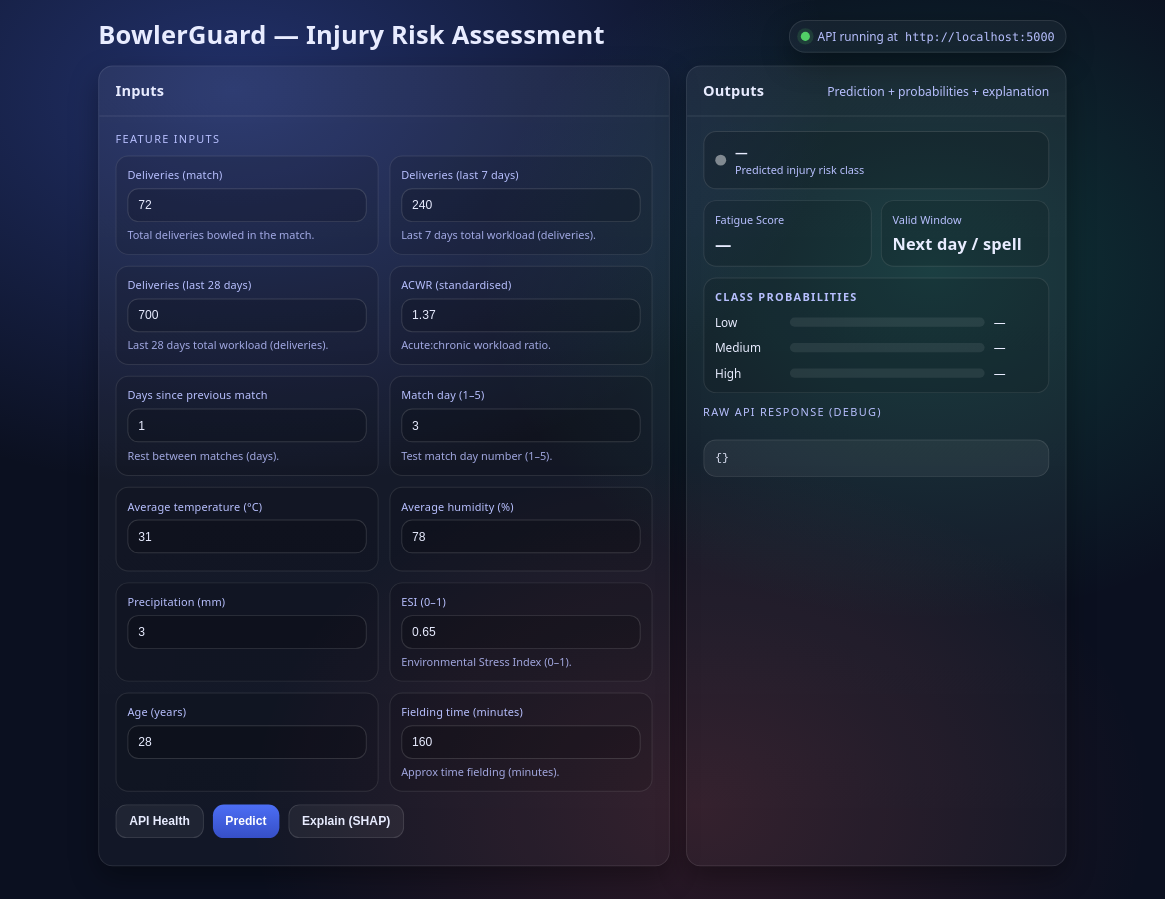
Repository: KulinduDev/bowlerguard_final
Page: bowlerguard/frontend/index.html
These files come from the project's save history. The page is drawn as it stood at one moment and after the next save; the edit follows.
The browser window is 1280 px wide. The pictures show the whole page, at 91% of full size.

Above is the page before, as saved 2026-02-23 08:59:42.

### bowlerguard/frontend/index.html
<!doctype html>
<html>
<head>
  <meta charset="utf-8"/>
  <meta name="viewport" content="width=device-width, initial-scale=1"/>
  <title>BowlerGuard</title>

  <style>
    :root{
      --bg:#0b1020;
      --card:#111a33;
      --card2:#0f1730;
      --text:#e8ecff;
      --muted:#b8c0ff;
      --line:rgba(255,255,255,.10);
      --shadow: 0 12px 30px rgba(0,0,0,.35);
      --radius:16px;

      --low:#20c997;
      --med:#f59f00;
      --high:#fa5252;
      --btn:#4c6ef5;
      --btn2:#364fc7;
    }

    *{ box-sizing:border-box; }
    body{
      margin:0;
      font-family: ui-sans-serif, system-ui, -apple-system, Segoe UI, Roboto, Helvetica, Arial;
      background: radial-gradient(1200px 800px at 20% 10%, rgba(76,110,245,.35), transparent 55%),
                  radial-gradient(900px 700px at 80% 30%, rgba(32,201,151,.20), transparent 55%),
                  radial-gradient(900px 700px at 60% 90%, rgba(250,82,82,.15), transparent 55%),
                  var(--bg);
      color:var(--text);
      min-height:100vh;
    }

    .wrap{
      max-width:1100px;
      margin:0 auto;
      padding:22px 18px 36px;
    }

    .header{
      display:flex;
      align-items:flex-start;
      justify-content:space-between;
      gap:16px;
      margin-bottom:14px;
    }

    .brand h1{
      margin:0;
      font-size:28px;
      line-height:1.1;
      letter-spacing:.2px;
    }
    .brand p{
      margin:8px 0 0;
      color:var(--muted);
      font-size:14px;
      line-height:1.4;
      max-width: 720px;
    }

    .pill{
      display:inline-flex;
      align-items:center;
      gap:8px;
      padding:8px 12px;
      border:1px solid var(--line);
      border-radius:999px;
      background:rgba(255,255,255,.04);
      box-shadow: var(--shadow);
      font-size:13px;
      color:var(--muted);
      white-space:nowrap;
    }
    .dot{
      width:10px;height:10px;border-radius:50%;
      background: #51cf66;
      box-shadow: 0 0 0 4px rgba(81,207,102,.15);
    }

    .grid{
      display:grid;
      grid-template-columns: 1.2fr .8fr;
      gap:18px;
      margin-top:14px;
    }
    @media (max-width: 980px){
      .grid{ grid-template-columns:1fr; }
      .pill{ display:none; }
    }

    .card{
      background: linear-gradient(180deg, rgba(255,255,255,.06), rgba(255,255,255,.03));
      border:1px solid var(--line);
      border-radius: var(--radius);
      box-shadow: var(--shadow);
      overflow:hidden;
    }
    .card-h{
      padding:16px 18px;
      border-bottom:1px solid var(--line);
      display:flex;
      align-items:center;
      justify-content:space-between;
      gap:12px;
    }
    .card-h h2{
      margin:0;
      font-size:16px;
      letter-spacing:.2px;
    }
    .card-h small{ color:var(--muted); }

    .card-b{ padding:16px 18px 18px; }

    .section-title{
      margin:0 0 10px;
      font-size:12px;
      color:var(--muted);
      text-transform:uppercase;
      letter-spacing:.12em;
    }


    #form{
      display:grid;
      grid-template-columns: repeat(2, minmax(0, 1fr));
      gap:12px;
    }
    @media (max-width: 720px){
      #form{ grid-template-columns:1fr; }
    }

    .row{
      padding:12px;
      border-radius:14px;
      border:1px solid rgba(255,255,255,.10);
      background: rgba(0,0,0,.12);
    }

    label{
      display:block;
      width:auto;
      font-size:12px;
      color:var(--muted);
      margin:0 0 6px;
      letter-spacing:.2px;
    }

    input{
      width:100%;
      padding:10px 11px;
      border-radius:12px;
      border:1px solid rgba(255,255,255,.14);
      background: rgba(0,0,0,.15);
      color:var(--text);
      outline:none;
    }
    input:focus{
      border-color: rgba(76,110,245,.75);
      box-shadow: 0 0 0 4px rgba(76,110,245,.18);
    }

    .hint{
      margin-top:7px;
      font-size:12px;
      color:rgba(184,192,255,.85);
      line-height:1.35;
    }

    .actions{
      display:flex;
      gap:10px;
      flex-wrap:wrap;
      margin-top:14px;
    }

    button{
      border:0;
      border-radius:12px;
      padding:10px 14px;
      font-weight:700;
      cursor:pointer;
      transition:.15s ease;
    }
    .btn-primary{
      background: linear-gradient(180deg, var(--btn), var(--btn2));
      color:white;
    }
    .btn-primary:hover{ transform: translateY(-1px); filter:brightness(1.05); }
    .btn-ghost{
      background: rgba(255,255,255,.06);
      color:var(--text);
      border:1px solid rgba(255,255,255,.12);
    }
    .btn-ghost:hover{ filter:brightness(1.08); }


    .results{
      display:flex;
      flex-direction:column;
      gap:12px;
    }
    .risk-badge{
      display:flex;
      align-items:center;
      gap:10px;
      padding:12px;
      border-radius:14px;
      border:1px solid rgba(255,255,255,.12);
      background: rgba(0,0,0,.16);
    }
    .badge-dot{
      width:12px;height:12px;border-radius:50%;
      background: rgba(255,255,255,.45);
    }
    .risk-badge.low  .badge-dot{ background: var(--low);  box-shadow:0 0 0 5px rgba(32,201,151,.16); }
    .risk-badge.med  .badge-dot{ background: var(--med);  box-shadow:0 0 0 5px rgba(245,159,0,.16); }
    .risk-badge.high .badge-dot{ background: var(--high); box-shadow:0 0 0 5px rgba(250,82,82,.16); }

    .risk-title{ font-size:14px; font-weight:800; margin:0; }
    .risk-sub{ font-size:12px; color:var(--muted); margin:2px 0 0; }

    .kpi{
      display:grid;
      grid-template-columns: 1fr 1fr;
      gap:10px;
    }
    .kpi .box{
      padding:12px;
      border-radius:14px;
      border:1px solid rgba(255,255,255,.10);
      background: rgba(0,0,0,.12);
    }
    .kpi .k{ font-size:12px; color:var(--muted); margin-bottom:6px; }
    .kpi .v{ font-size:18px; font-weight:900; letter-spacing:.2px; }

    .prob{
      border:1px solid rgba(255,255,255,.10);
      background: rgba(0,0,0,.12);
      border-radius:14px;
      padding:12px;
    }
    .prob h3{
      margin:0 0 10px;
      font-size:12px;
      color:var(--muted);
      text-transform:uppercase;
      letter-spacing:.12em;
    }
    .bar{
      display:grid;
      grid-template-columns: 72px 1fr 48px;
      gap:10px;
      align-items:center;
      margin-bottom:10px;
      font-size:13px;
    }
    .bar:last-child{ margin-bottom:0; }
    .track{
      height:10px;
      border-radius:999px;
      background: rgba(255,255,255,.08);
      overflow:hidden;
    }
    .fill{
      height:100%;
      border-radius:999px;
      width:0%;
      background: var(--btn);
    }
    .mono{
      font-family: ui-monospace, SFMono-Regular, Menlo, Monaco, Consolas, "Liberation Mono", "Courier New", monospace;
    }

    pre{
      margin:0;
      background: rgba(255,255,255,.06);
      border:1px solid rgba(255,255,255,.10);
      padding:12px;
      border-radius:14px;
      overflow:auto;
      color: rgba(232,236,255,.95);
    }

    .note{
      color:rgba(184,192,255,.75);
      font-size:12px;
      line-height:1.5;
      margin-top:12px;
    }
  </style>
</head>

<body>
  <div class="wrap">

    <div class="header">
      <div class="brand">
        <h1>BowlerGuard — Injury Risk Assessment</h1>

      </div>

      <div class="pill">
        <span class="dot"></span>
        API running at <span class="mono">http://localhost:5000</span>
      </div>
    </div>

    <div class="grid">


      <div class="card">
        <div class="card-h">
          <h2>Inputs</h2>

        </div>
        <div class="card-b">
          <p class="section-title">Feature Inputs</p>
          <div id="form"></div>

          <div class="actions">
            <button class="btn-ghost" onclick="health()">API Health</button>
            <button class="btn-primary" onclick="predict()">Predict</button>
            <button class="btn-ghost" onclick="explain()">Explain (SHAP)</button>
          </div>

          <div class="note">

          </div>
        </div>
      </div>


      <div class="card">
        <div class="card-h">
          <h2>Outputs</h2>
          <small>Prediction + probabilities + explanation</small>
        </div>

        <div class="card-b">
          <div class="results">


            <div class="risk-badge" id="riskBadge">
              <div class="badge-dot"></div>
              <div>
                <p class="risk-title" id="riskLabelText">—</p>
                <p class="risk-sub">Predicted injury risk class</p>
              </div>
            </div>

            <div class="kpi">
              <div class="box">
                <div class="k">Fatigue Score</div>
                <div class="v" id="fatigueText">—</div>
              </div>
              <div class="box">
                <div class="k">Valid Window</div>
                <div class="v">Next day / spell</div>
              </div>
            </div>

            <div class="prob">
              <h3>Class Probabilities</h3>

              <div class="bar">
                <div>Low</div>
                <div class="track"><div class="fill" id="pLow"></div></div>
                <div id="pLowTxt">—</div>
              </div>

              <div class="bar">
                <div>Medium</div>
                <div class="track"><div class="fill" id="pMed"></div></div>
                <div id="pMedTxt">—</div>
              </div>

              <div class="bar">
                <div>High</div>
                <div class="track"><div class="fill" id="pHigh"></div></div>
                <div id="pHighTxt">—</div>
              </div>
            </div>

            <!-- Raw JSON output kept for safety -->
            <p class="section-title">Raw API Response (debug)</p>
            <pre id="out">{}</pre>

          </div>
        </div>
      </div>

    </div>
  </div>


<script>
const API = "http://localhost:5000";

const featureCols = [
 "deliveries_match","deliveries_7d","deliveries_28d","acwr_std","days_since_prev",
 "match_day","avg_temp_c","avg_humidity_pct","precip_mm","esi_norm",
 "age_years","inferred_fielding_time_minutes"
];

const defaults = {
 "deliveries_match": 72,
 "deliveries_7d": 240,
 "deliveries_28d": 700,
 "acwr_std": 1.37,
 "days_since_prev": 1,
 "match_day": 3,
 "avg_temp_c": 31,
 "avg_humidity_pct": 78,
 "precip_mm": 3,
 "esi_norm": 0.65,
 "age_years": 28,
 "inferred_fielding_time_minutes": 160
};


const pretty = {
  deliveries_match: "Deliveries (match)",
  deliveries_7d: "Deliveries (last 7 days)",
  deliveries_28d: "Deliveries (last 28 days)",
  acwr_std: "ACWR (standardised)",
  days_since_prev: "Days since previous match",
  match_day: "Match day (1–5)",
  avg_temp_c: "Average temperature (°C)",
  avg_humidity_pct: "Average humidity (%)",
  precip_mm: "Precipitation (mm)",
  esi_norm: "ESI (0–1)",
  age_years: "Age (years)",
  inferred_fielding_time_minutes: "Fielding time (minutes)"
};

const hints = {
  deliveries_match: "Total deliveries bowled in the match.",
  deliveries_7d: "Last 7 days total workload (deliveries).",
  deliveries_28d: "Last 28 days total workload (deliveries).",
  acwr_std: "Acute:chronic workload ratio.",
  days_since_prev: "Rest between matches (days).",
  match_day: "Test match day number (1–5).",
  esi_norm: "Environmental Stress Index (0–1).",
  inferred_fielding_time_minutes: "Approx time fielding (minutes)."
};

const container = document.getElementById("form");
featureCols.forEach(c => {
  const div = document.createElement("div");
  div.className = "row";
  div.innerHTML = `
    <label for="${c}">${pretty[c] ?? c}</label>
    <input id="${c}" value="${defaults[c] ?? 0}" inputmode="decimal">
    <div class="hint">${hints[c] ?? ""}</div>
  `;
  container.appendChild(div);
});

function buildPayload(){
  const payload = {};
  featureCols.forEach(c => payload[c] = Number(document.getElementById(c).value));
  return payload;
}

function show(obj){
  document.getElementById("out").textContent = JSON.stringify(obj, null, 2);
}

function renderPrettyOutputs(obj){

  show(obj);


  if (obj && obj.error){
    document.getElementById("riskLabelText").innerText = "Error";
    document.getElementById("fatigueText").innerText = "—";
    document.getElementById("pLowTxt").innerText = "—";
    document.getElementById("pMedTxt").innerText = "—";
    document.getElementById("pHighTxt").innerText = "—";
    document.getElementById("pLow").style.width = "0%";
    document.getElementById("pMed").style.width = "0%";
    document.getElementById("pHigh").style.width = "0%";
    document.getElementById("riskBadge").classList.remove("low","med","high");
    return;
  }


  const label = (obj.predicted_label || "—");
  document.getElementById("riskLabelText").innerText = label;


  const badge = document.getElementById("riskBadge");
  badge.classList.remove("low","med","high");
  if (label.toLowerCase() === "low") badge.classList.add("low");
  if (label.toLowerCase() === "medium") badge.classList.add("med");
  if (label.toLowerCase() === "high") badge.classList.add("high");


  if (obj.fatigue_score !== undefined && obj.fatigue_score !== null){
    const f = Number(obj.fatigue_score);
    document.getElementById("fatigueText").innerText = isFinite(f) ? f.toFixed(1) : "—";
  } else {
    document.getElementById("fatigueText").innerText = "—";
  }


  const probs = obj.probabilities || {};
  const pLow = (probs.Low ?? 0) * 100;
  const pMed = (probs.Medium ?? 0) * 100;
  const pHigh = (probs.High ?? 0) * 100;

  document.getElementById("pLow").style.width = pLow.toFixed(0) + "%";
  document.getElementById("pMed").style.width = pMed.toFixed(0) + "%";
  document.getElementById("pHigh").style.width = pHigh.toFixed(0) + "%";

  document.getElementById("pLowTxt").innerText = pLow.toFixed(0) + "%";
  document.getElementById("pMedTxt").innerText = pMed.toFixed(0) + "%";
  document.getElementById("pHighTxt").innerText = pHigh.toFixed(0) + "%";
}

async function health(){
  const r = await fetch(API + "/health");
  renderPrettyOutputs(await r.json());
}

async function predict(){
  const payload = buildPayload();
  const r = await fetch(API + "/predict", {
    method:"POST",
    headers:{"Content-Type":"application/json"},
    body: JSON.stringify(payload)
  });
  renderPrettyOutputs(await r.json());
}

async function explain(){
  const payload = buildPayload();
  const r = await fetch(API + "/explain", {
    method:"POST",
    headers:{"Content-Type":"application/json"},
    body: JSON.stringify(payload)
  });

  show(await r.json());
}
</script>
</body>
</html>

After the next save:
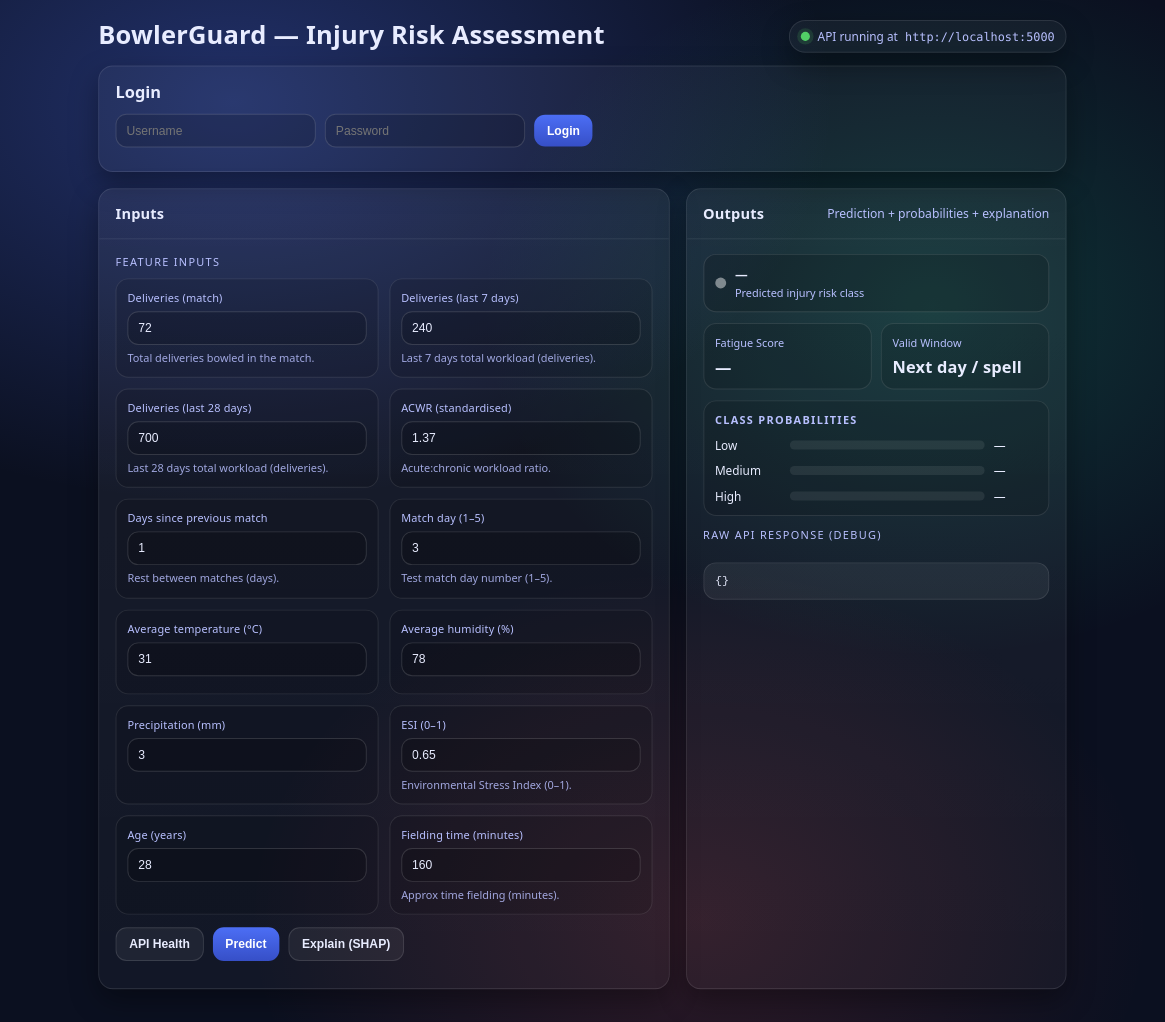
Saved 12 days later.
--- a/bowlerguard/frontend/index.html
+++ b/bowlerguard/frontend/index.html
@@ -125,7 +125,6 @@
       letter-spacing:.12em;
     }
 
-
     #form{
       display:grid;
       grid-template-columns: repeat(2, minmax(0, 1fr));
@@ -199,7 +198,6 @@
     }
     .btn-ghost:hover{ filter:brightness(1.08); }
 
-
     .results{
       display:flex;
       flex-direction:column;
@@ -293,6 +291,33 @@
       line-height:1.5;
       margin-top:12px;
     }
+
+    .login-box{
+      margin-bottom:18px;
+      padding:16px 18px;
+      border-radius:16px;
+      border:1px solid rgba(255,255,255,.10);
+      background: rgba(255,255,255,.04);
+      box-shadow: var(--shadow);
+    }
+    .login-box h3{
+      margin:0 0 12px;
+      font-size:18px;
+    }
+    .login-inline{
+      display:flex;
+      gap:10px;
+      flex-wrap:wrap;
+      align-items:center;
+    }
+    .login-inline input{
+      max-width:220px;
+    }
+    #loginStatus{
+      margin:10px 0 0;
+      color:var(--muted);
+      font-size:14px;
+    }
   </style>
 </head>
 
@@ -302,7 +327,6 @@
     <div class="header">
       <div class="brand">
         <h1>BowlerGuard — Injury Risk Assessment</h1>
-
       </div>
 
       <div class="pill">
@@ -311,13 +335,21 @@
       </div>
     </div>
 
+    <div class="login-box">
+      <h3>Login</h3>
+      <div class="login-inline">
+        <input id="username" placeholder="Username">
+        <input id="password" type="password" placeholder="Password">
+        <button class="btn-primary" onclick="login()">Login</button>
+      </div>
+      <p id="loginStatus"></p>
+    </div>
+
     <div class="grid">
-
 
       <div class="card">
         <div class="card-h">
           <h2>Inputs</h2>
-
         </div>
         <div class="card-b">
           <p class="section-title">Feature Inputs</p>
@@ -329,12 +361,9 @@
             <button class="btn-ghost" onclick="explain()">Explain (SHAP)</button>
           </div>
 
-          <div class="note">
-
-          </div>
+          <div class="note"></div>
         </div>
       </div>
-
 
       <div class="card">
         <div class="card-h">
@@ -344,7 +373,6 @@
 
         <div class="card-b">
           <div class="results">
-
 
             <div class="risk-badge" id="riskBadge">
               <div class="badge-dot"></div>
@@ -387,7 +415,6 @@
               </div>
             </div>
 
-            <!-- Raw JSON output kept for safety -->
             <p class="section-title">Raw API Response (debug)</p>
             <pre id="out">{}</pre>
 
@@ -397,7 +424,6 @@
 
     </div>
   </div>
-
 
 <script>
 const API = "http://localhost:5000";
@@ -423,7 +449,6 @@ const defaults = {
  "inferred_fielding_time_minutes": 160
 };
 
-
 const pretty = {
   deliveries_match: "Deliveries (match)",
   deliveries_7d: "Deliveries (last 7 days)",
@@ -473,9 +498,7 @@ function show(obj){
 }
 
 function renderPrettyOutputs(obj){
-
   show(obj);
-
 
   if (obj && obj.error){
     document.getElementById("riskLabelText").innerText = "Error";
@@ -490,17 +513,14 @@ function renderPrettyOutputs(obj){
     return;
   }
 
-
   const label = (obj.predicted_label || "—");
   document.getElementById("riskLabelText").innerText = label;
-
 
   const badge = document.getElementById("riskBadge");
   badge.classList.remove("low","med","high");
   if (label.toLowerCase() === "low") badge.classList.add("low");
   if (label.toLowerCase() === "medium") badge.classList.add("med");
   if (label.toLowerCase() === "high") badge.classList.add("high");
-
 
   if (obj.fatigue_score !== undefined && obj.fatigue_score !== null){
     const f = Number(obj.fatigue_score);
@@ -509,7 +529,6 @@ function renderPrettyOutputs(obj){
     document.getElementById("fatigueText").innerText = "—";
   }
 
-
   const probs = obj.probabilities || {};
   const pLow = (probs.Low ?? 0) * 100;
   const pMed = (probs.Medium ?? 0) * 100;
@@ -524,8 +543,30 @@ function renderPrettyOutputs(obj){
   document.getElementById("pHighTxt").innerText = pHigh.toFixed(0) + "%";
 }
 
+async function login(){
+  const username = document.getElementById("username").value;
+  const password = document.getElementById("password").value;
+
+  const r = await fetch(API + "/login", {
+    method: "POST",
+    headers: {"Content-Type":"application/json"},
+    credentials: "include",
+    body: JSON.stringify({ username, password })
+  });
+
+  const data = await r.json();
+  if (data.error){
+    document.getElementById("loginStatus").innerText = data.error;
+  } else {
+    document.getElementById("loginStatus").innerText =
+      data.message + " | Role: " + data.role;
+  }
+}
+
 async function health(){
-  const r = await fetch(API + "/health");
+  const r = await fetch(API + "/health", {
+    credentials: "include"
+  });
   renderPrettyOutputs(await r.json());
 }
 
@@ -534,6 +575,7 @@ async function predict(){
   const r = await fetch(API + "/predict", {
     method:"POST",
     headers:{"Content-Type":"application/json"},
+    credentials: "include",
     body: JSON.stringify(payload)
   });
   renderPrettyOutputs(await r.json());
@@ -544,6 +586,7 @@ async function explain(){
   const r = await fetch(API + "/explain", {
     method:"POST",
     headers:{"Content-Type":"application/json"},
+    credentials: "include",
     body: JSON.stringify(payload)
   });
 
